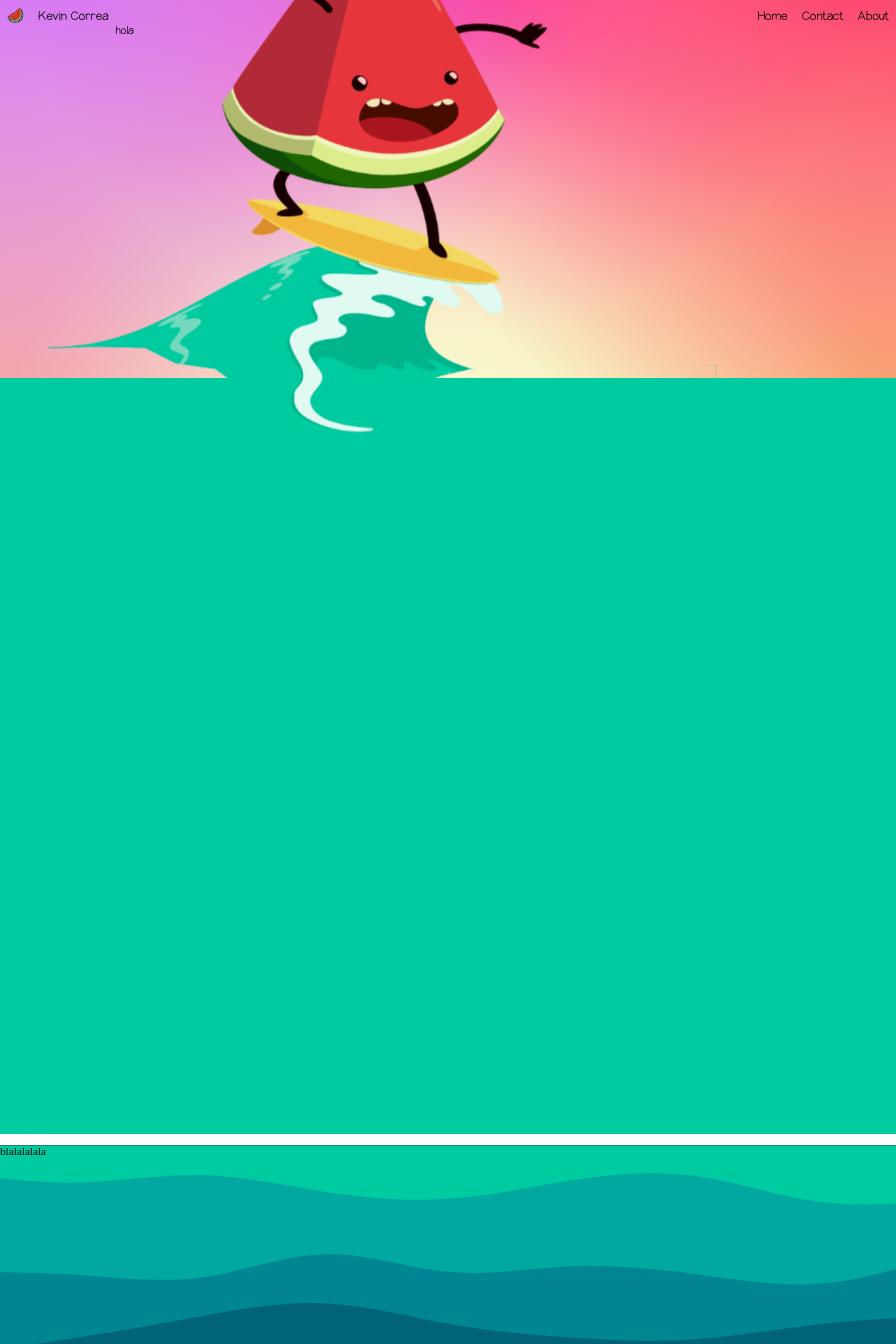
Repository: xKokev/Kevin-Correa-portfolio
Page: index.html
These files come from the project's save history. The page is drawn as it stood at one moment and after the next save; the edit follows.
The browser window is 1280 px wide. The pictures show the part of the page from y = 0 to 1920 px (the page is 3508 px tall), at 70% of full size.

Above is the page before, as saved 2021-07-08 11:59:52.

After the next save:
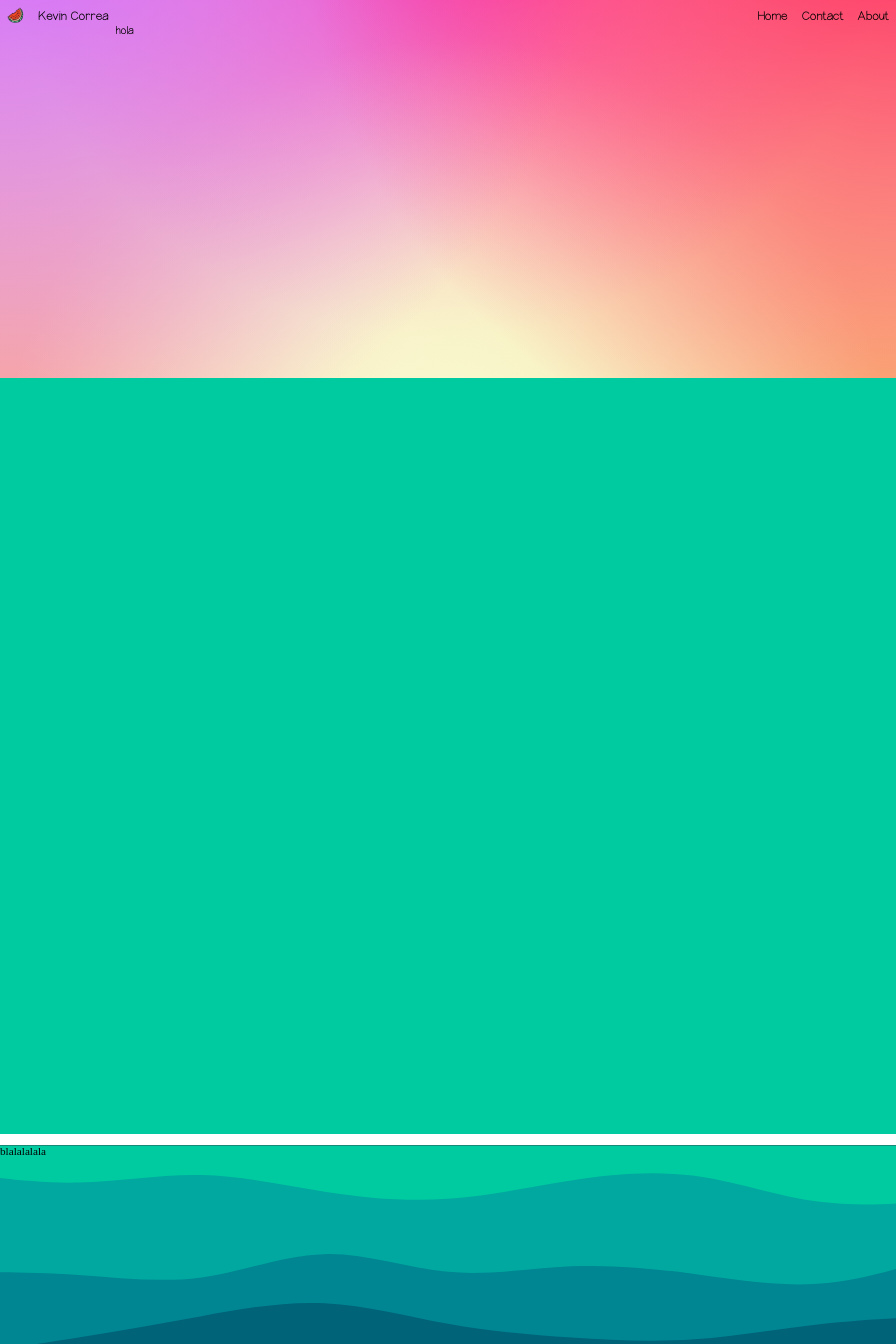
Console error: ReferenceError: svgContainer is not defined
Saved 2 min 58 s later.
--- a/js/main.js
+++ b/js/main.js
@@ -1,6 +1,7 @@
 var animItem = bodymovin.loadAnimation({
   container: document.getElementById('anim'),
-  renderer: 'svg',
+  /* renderer: 'svg', */ wrapper: svgContainer,
+  animType: 'svg',
   loop: true,
   autoplay: true,
   path: '../img/sandy.json',

After the 2 saves that followed:
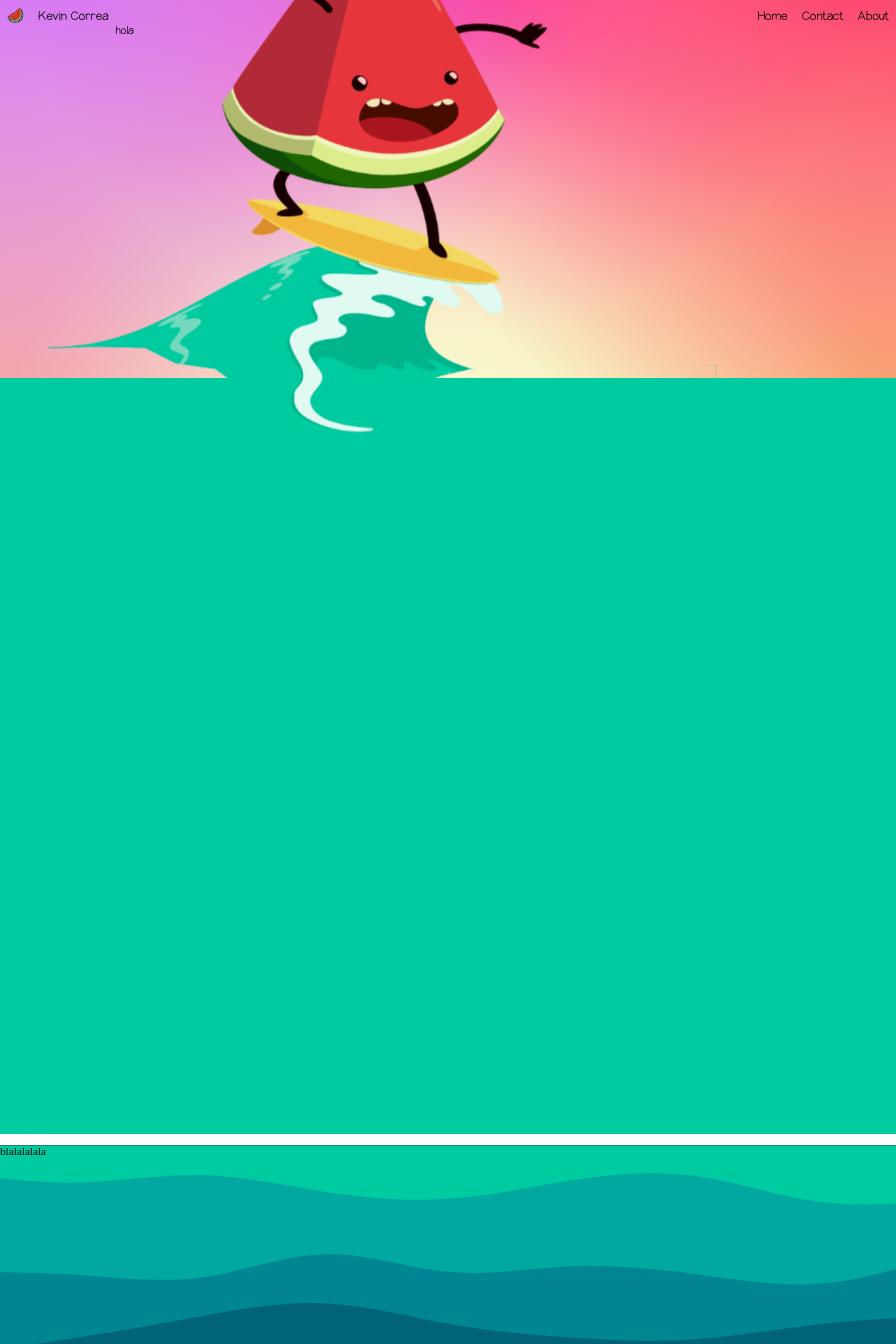
The error is gone.
The 2 saves are shown as one change because 1 left the picture as it was.
The last was saved 18 s later.
--- a/js/main.js
+++ b/js/main.js
@@ -1,6 +1,6 @@
 var animItem = bodymovin.loadAnimation({
   container: document.getElementById('anim'),
-  /* renderer: 'svg', */ wrapper: svgContainer,
+  /* renderer: 'svg', */
   animType: 'svg',
   loop: true,
   autoplay: true,
